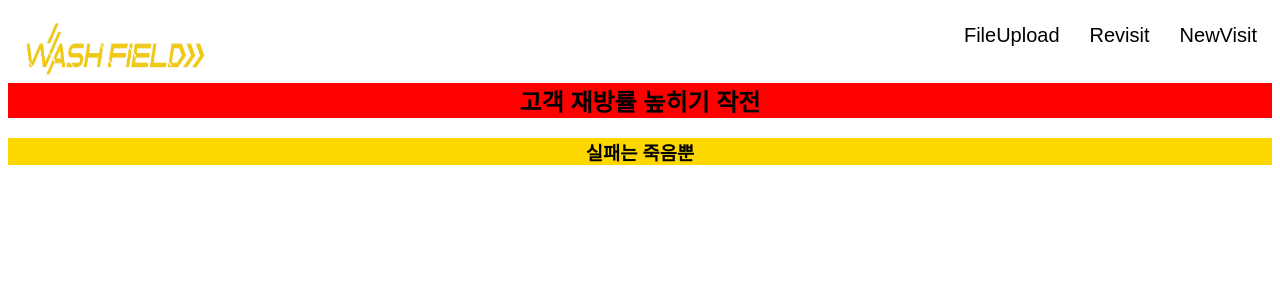
Repository: leeenzang/realmo
Page: http://localhost/mainpage/
These files come from the project's save history. The page is drawn as it stood at one moment and after the next save; the edit follows.
The browser window is 1280 px wide. The pictures show the whole page.
Some web fonts or font styles are not loaded; a fallback is used. The page is served by the project's application, run on Django 4.2 (manage.py).

Above is the page before, as saved 2023-08-22 21:57:55.

After the next save:
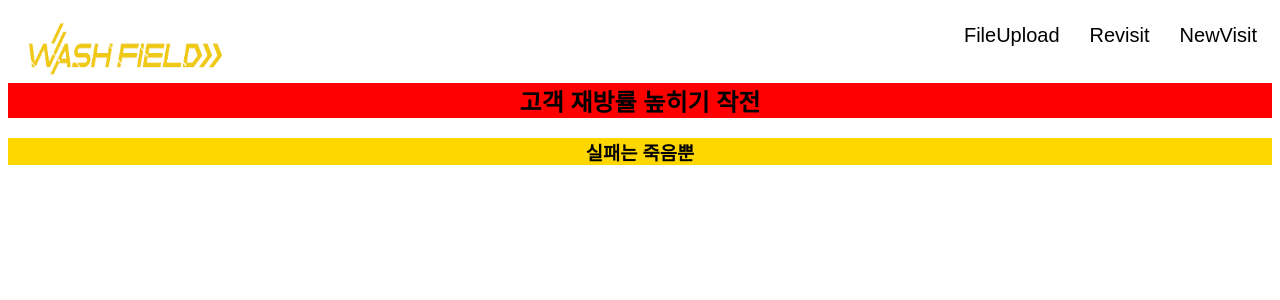
Saved 26 s later.
--- a/mainpage/templates/mainpage/home.html
+++ b/mainpage/templates/mainpage/home.html
@@ -37,7 +37,7 @@
 
     <!-- Top-left Image -->
     <div style="position: absolute; top: 0; left: 0;">
-        <img src="{% static 'images/wash.png' %}" alt="My Image" width="230px" height="100px">
+        <img src="{% static 'images/wash.png' %}" alt="My Image" width="250px" height="100px">
     </div>
 
     <!-- Navigation Bar -->
